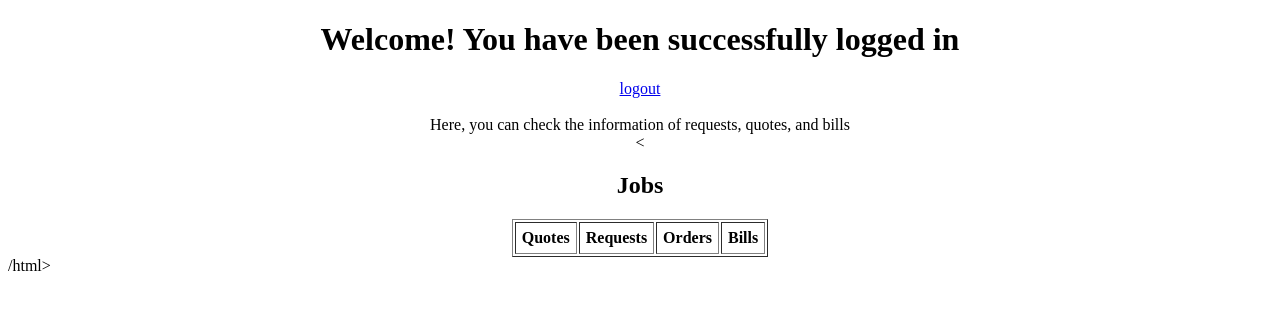
Repository: Sahithkonuganti/DatabaseProject
Page: http://localhost/database/clientpage.jsp
An editor plug-in stored every save of this project. The page is shown before and after the next save, followed by the edit.
The browser window is 1280 px wide. The pictures show the whole page.
The page is served by Tomcat 9.

Above is the page before, as saved 2023-10-28 14:17:57.

After the next save:
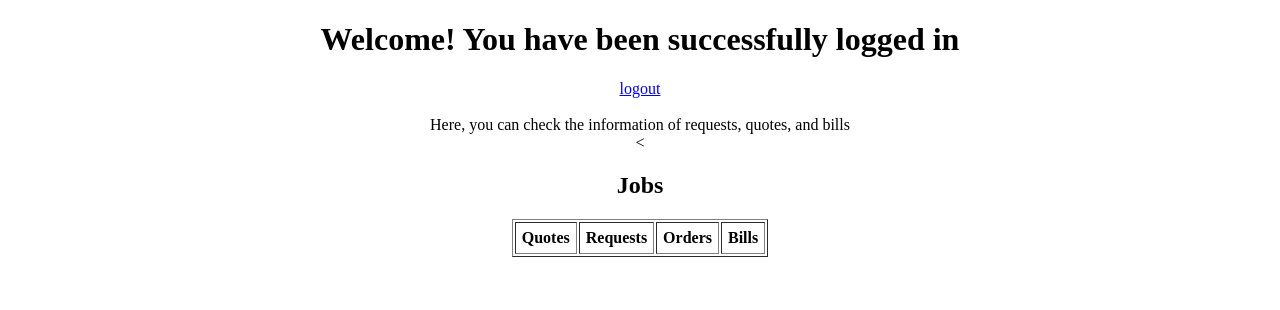
Saved 18 s later.
--- a/database/WebContent/clientpage.jsp
+++ b/database/WebContent/clientpage.jsp
@@ -27,4 +27,5 @@
 			</table>
 		</div>
 	</center>
-	</body>/html>
+	</body>
+	</html>
